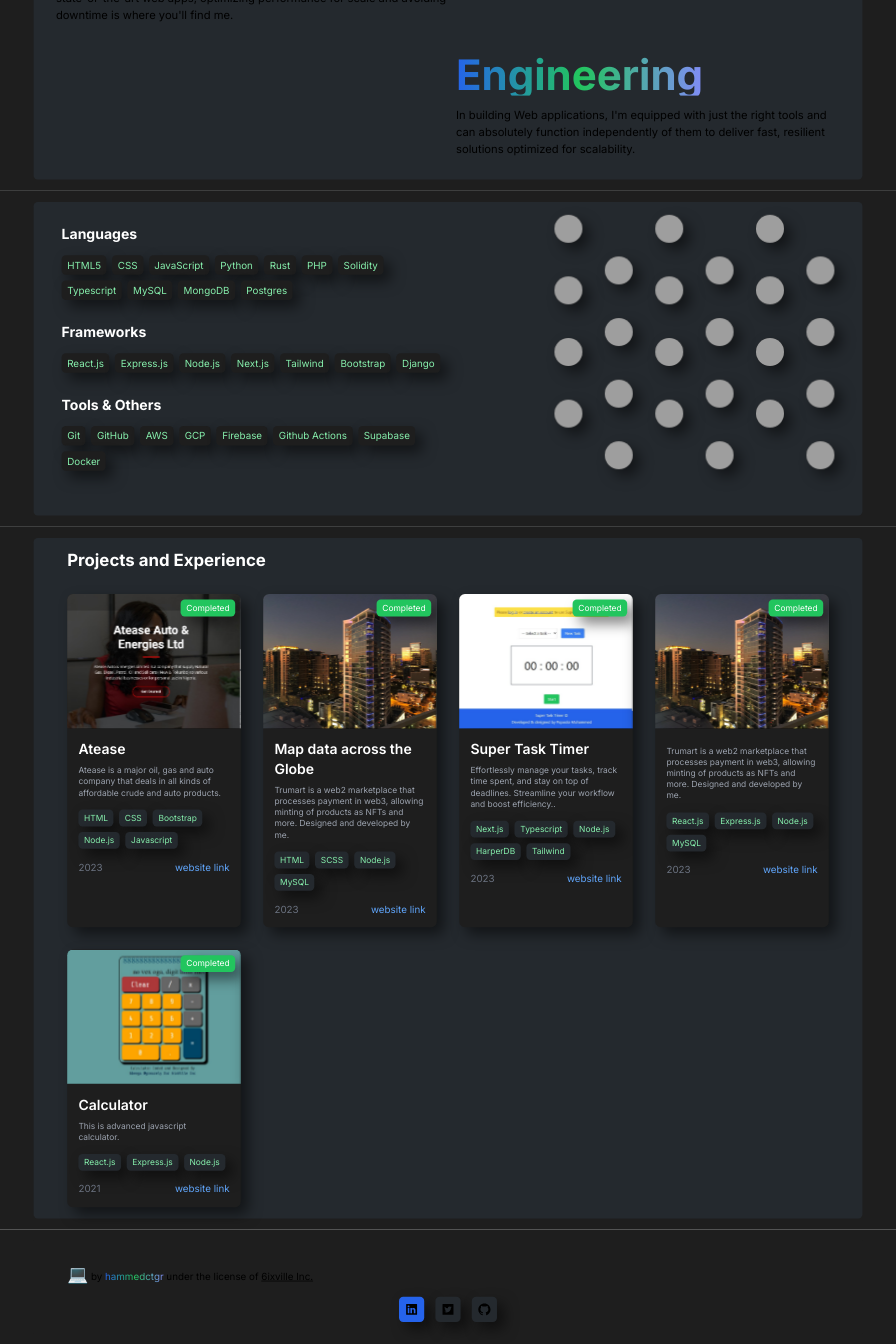
Repository: muhammedctgr/hammedctgr
Page: /
An editor plug-in stored every save of this project. The page is shown before and after a run of saves, followed by the edit.
The browser window is 1280 px wide. The pictures show the part of the page from y = 772 to 2692 px (the page is 2692 px tall before and 2660 px after), at 70% of full size.
Pictures or frames that could not be fetched are drawn as grey boxes. The project was rebuilt for these pictures with package versions that can differ from the ones it lists, and the page was loaded fresh each time. The framework's server and built-in components were replaced by stand-ins that run in the browser. Also part of the build but not shown: next.config.mjs.

Above is the page before, as saved 2024-08-17 20:00:10.

### app/layout.tsx
import type { Metadata } from "next";
import { Inter } from "next/font/google";
import "./globals.css";

const inter = Inter({ subsets: ["latin"] });

export const metadata: Metadata = {
  title: "Popoola Muhammed",
  description: "Generated by create next app",
};

export default function RootLayout({
  children,
}: Readonly<{
  children: React.ReactNode;
}>) {
  return (
    <html lang="en">
      <body className={inter.className}>{children}</body>
    </html>
  );
}

### app/page.tsx
import Head from 'next/head';
import Hero from '../components/Hero';
import SkillsSection from '@/components/SkillsSection';
import SummarySection from '@/components/SummarySection';
import ProjectsSection from '@/components/ProjectsSection';
import Footer from '@/components/Footer';

const Home = () => (
  <div>
    <Head>
      <title>Popoola Muhammed | Fullstack Dev</title>
      <meta name="description" content="Welcome to my developer portfolio" />
    </Head>

    <Hero />
    <SummarySection />
    <SkillsSection />
    <ProjectsSection />
    <Footer />
  </div>
);

export default Home;

### app/globals.css
@tailwind base;
@tailwind components;
@tailwind utilities;

:root {
  --foreground-rgb: 0, 0, 0;
  --background-start-rgb: 214, 219, 220;
  --background-end-rgb: 255, 255, 255;
}

@media (prefers-color-scheme: dark) {
  :root {
    --foreground-rgb: 255, 255, 255;
    --background-start-rgb: 0, 0, 0;
    --background-end-rgb: 0, 0, 0;
  }
}

body {
  color: rgb(var(--foreground-rgb));
  background: linear-gradient(
      to bottom,
      transparent,
      rgb(var(--background-end-rgb))
    )
    rgb(var(--background-start-rgb));
}

@layer utilities {
  .text-balance {
    text-wrap: balance;
  }
}


@keyframes upDown {
  0%, 100% {
    transform: translateY(0);
  }
  50% {
    transform: translateY(-10px); /* Adjust the value as needed */
  }
}

.animate-upDown {
  animation: upDown 2s infinite ease-in-out; /* Adjust duration as needed */
}


@keyframes scroll-medium {
  0% {
    transform: translateY(-100%);
  }
  100% {
    transform: translateY(100%);
  }
}

@keyframes scroll-fast {
  0% {
    transform: translateY(-100%);
  }
  100% {
    transform: translateY(30vh);
  }
}

@keyframes scroll-upfast {
  0% {
    transform: translateY(100%);
  }
  100% {
    transform: translateY(-30vh);
  }
}

.animate-scroll-upfast {
  animation: scroll-upfast 2s linear infinite;
}

.animate-scroll-fast {
  animation: scroll-fast 2s linear infinite;
}

.animate-scroll-medium {
  animation: scroll-medium 6s linear infinite;
}

.animate-scroll-delay {
  animation-delay: 2s;
}

.animate-scroll-delay-long {
  animation-delay: 4s;
}

.animate-scroll {
  animation: scroll 10s linear infinite;
}

.neumorph {
  border-radius: 5px;
  background: linear-gradient(145deg, #161414, #1a1818);
  box-shadow:  5px 5px 10px #111010,
               -5px -5px 10px #1f1c1c;
}

@keyframes slide {
  0% { transform: translateX(0); }
  100% { transform: translateX(-100%); }
}

.infinite-scroll {
  display: flex;
  animation: slide 2s ease-in-out infinite;
}

.infinite-scroll img {
  min-width: 100%;
}

### components/Hero.tsx
import Image from 'next/image';
import profilePic from '../public/profile.png';
import { AiFillLinkedin, AiFillGithub, AiFillTwitterSquare, AiFillX } from 'react-icons/ai';

const Hero = () => {
  return (
    <section className="bg-gptGray px-4 py-4 md:pt-8 md:px-8 lg:px-12 text-white flex items-center">
  <div className="container bg-githubGray shadow-lg rounded-md mx-auto flex flex-col md:flex-row md:px-2 relative overflow-hidden">
    <div className="flex-1 text-left p-4 md:p-8">
      <div className="inline-block bg-blue-600 text-black py-1 px-3 mb-4 rounded-md">
        Hi, I’m
      </div>
      <div className="mb-6">
        <h1 className="text-xl md:text-3xl font-bold">Popoola Muhammed</h1>
        <p className="mt-2 text-lg md:text-xl">Full-Stack Developer, I build and manage</p>
      </div>
      <ul className="mt-4 list-disc list-inside text-xs md:text-base">
        <li>Highly Optimized and Responsive <span className="text-blue-600">FRONT-END</span></li>
        <li>Secure and Scalable <span className="text-blue-600">BACK-END & DATABASE</span></li>
        <li><span className="text-blue-600">IT</span> Infrastructure</li>
      </ul>
      <div className="mt-6">
        <a href="#contact" className="underline">Let’s Connect</a>
        <div className="mt-2 flex justify-start space-x-4">
          <a href="#" className="bg-blue-600 p-2 rounded-md shadow-deep-all transform transition-transform duration-300 hover:scale-110">
            <AiFillLinkedin size={20} />
          </a>
          <a href="#" className="bg-githubGray p-2 rounded-md shadow-deep-all transform transition-transform duration-300 hover:scale-110">
            <AiFillTwitterSquare size={20} />
          </a>
          <a href="#" className="bg-githubGray p-2 rounded-md shadow-deep-all transform transition-transform duration-300 hover:scale-110">
            <AiFillGithub size={20} />
          </a>
        </div>
      </div>
    </div>
    <div className="relative flex-1 p-4 md:p-8">
      <img src="https://cdn.jsdelivr.net/gh/devicons/devicon@latest/icons/python/python-original.svg" className="right-4 w-8 h-8 md:w-16 md:h-16 lg:w-16 lg:h-16 bg-gptGray rounded-md animate-bounce shadow-deep-all" />
      <div className="relative w-40 h-40 md:w-72 md:h-72 lg:w-96 lg:h-96 mx-auto">
        <Image src={profilePic} alt="Popoola Muhammed" layout="fill" className="rounded-full object-cover animate-upDown" />
      </div>
      <img src="https://cdn.jsdelivr.net/gh/devicons/devicon@latest/icons/rust/rust-original.svg"  className="w-8 h-8 md:w-16 md:h-16 lg:w-16 lg:h-16 bg-gptGray rounded-3xl shadow-deep-all animate-bounce absolute top-8 right-4" />
      <img src="https://cdn.jsdelivr.net/gh/devicons/devicon@latest/icons/javascript/javascript-original.svg" className="w-8 h-8 md:w-12 md:h-12 lg:w-12 lg:h-12 bg-gptGray rounded-md animate-bounce shadow-deep-all" />
    </div>
    <img src="https://cdn.jsdelivr.net/gh/devicons/devicon@latest/icons/nextjs/nextjs-original.svg" className="w-8 h-8 md:w-12 md:h-12 lg:w-12 lg:h-12 bg-gptGray rounded-3xl shadow-deep-all animate-bounce absolute bottom-4 right-36" />
  </div>
</section>
  );
};

export default Hero;

### components/SkillsSection.tsx
import Image from 'next/image';
import { FC } from 'react';

interface SkillCategory {
  title: string;
  skills: { name: string; }[];
}

const skills: SkillCategory[] = [
  {
    title: "Languages",
    skills: [
      { name: "HTML5",  },
      { name: "CSS", },
      { name: "JavaScript",  },
      { name: "Python", },
      { name: "Rust",  },
      { name: "PHP", },
      { name: "Solidity",  },
      { name: "Typescript",  },
      { name: "MySQL",  },
      { name: "MongoDB", },
      { name: "Postgres", },
    ],
  },
  {
    title: "Frameworks",
    skills: [
      { name: "React.js", },
      { name: "Express.js",  },
      { name: "Node.js", },
      { name: "Next.js", },
      { name: "Tailwind", },
      { name: "Bootstrap", },
      { name: "Django", }
    ],
  },
  {
    title: "Tools & Others",
    skills: [
      { name: "Git",  },
      { name: "GitHub",  },
      { name: "AWS", },
      { name: "GCP", },
      { name: "Firebase", },
      { name: "Github Actions", },
      { name: "Supabase",  },
      { name: "Docker",  },
    ],
  },
];

const icons = [
  "/icons/html5.svg", // Replace with your icon paths
  "/icons/css3.svg",
  "/icons/javascript.svg",
  "/icons/python.svg",
  // Add the rest of the icons as needed
];

const SkillsSection: FC = () => {
  return (
  <section className="px-4 py-4 md:px-8 lg:px-12 bg-gptGray text-white w-full h-full">
  <div className="container bg-githubGray rounded-md mx-auto flex flex-col md:flex-row items-start md:px-2">
    <div className="flex-1 p-4 md:p-8">
      {skills.map((category) => (
        <div key={category.title} className="mb-8">
          <h2 className="text-lg md:text-xl font-bold mb-4 ">{category.title}</h2>
          <div className="flex flex-wrap gap-2">
            {category.skills.map((skill) => (
              <span
                key={skill.name}
                className={`px-2 py-1 rounded-md text-sm shadow-deep-all bg-gptGray text-green-300`}
              >
                {skill.name}
              </span>
            ))}
          </div>
        </div>
      ))}
    </div>
    <div className="flex-1 flex flex-col items-center md:items-end overflow-hidden md:pb-8">
      <div className="grid grid-cols-6 md:grid-cols-6 gap-8 p-4 md:p-8">
      <img src="https://cdn.jsdelivr.net/gh/devicons/devicon@latest/icons/html5/html5-original.svg" className="w-10 h-10 md:w-10 md:h-10 lg:w-10 lg:h-10 bg-gptGray rounded-3xl shadow-deep-all mt-4 animate-scroll-fast" />
      <img src="https://cdn.jsdelivr.net/gh/devicons/devicon@latest/icons/css3/css3-original.svg" className="w-10 h-10 md:w-10 md:h-10 lg:w-10 lg:h-10 bg-gptGray rounded-3xl shadow-deep-all mt-4 animate-scroll-upfast" />
      <img src="https://cdn.jsdelivr.net/gh/devicons/devicon@latest/icons/javascript/javascript-original.svg" className="w-10 h-10 md:w-10 md:h-10 lg:w-10 lg:h-10 bg-gptGray rounded-3xl shadow-deep-all mt-4 animate-scroll-fast" />
      <img src="https://cdn.jsdelivr.net/gh/devicons/devicon@latest/icons/python/python-original.svg" className="w-10 h-10 md:w-10 md:h-10 lg:w-10 lg:h-10 bg-gptGray rounded-3xl shadow-deep-all mt-4 animate-scroll-upfast" />
      <img src="https://cdn.jsdelivr.net/gh/devicons/devicon@latest/icons/rust/rust-original.svg"  className="w-10 h-10 md:w-10 md:h-10 lg:w-10 lg:h-10 bg-gptGray rounded-3xl shadow-deep-all mt-4 animate-scroll-fast" />
      <img src="https://cdn.jsdelivr.net/gh/devicons/devicon@latest/icons/php/php-original.svg" className="w-10 h-10 md:w-10 md:h-10 lg:w-10 lg:h-10 bg-gptGray rounded-3xl shadow-deep-all mt-4 animate-scroll-upfast"  />
      <img src="https://cdn.jsdelivr.net/gh/devicons/devicon@latest/icons/solidity/solidity-original.svg" className="w-10 h-10 md:w-10 md:h-10 lg:w-10 lg:h-10 bg-gptGray rounded-3xl shadow-deep-all mt-4 animate-scroll-fast" />
      <img src="https://cdn.jsdelivr.net/gh/devicons/devicon@latest/icons/typescript/typescript-original.svg" className="w-10 h-10 md:w-10 md:h-10 lg:w-10 lg:h-10 bg-gptGray rounded-3xl shadow-deep-all mt-4 animate-scroll-upfast" />
      <img src="https://cdn.jsdelivr.net/gh/devicons/devicon@latest/icons/mysql/mysql-original.svg" className="w-10 h-10 md:w-10 md:h-10 lg:w-10 lg:h-10 bg-gptGray rounded-3xl shadow-deep-all mt-4 animate-scroll-fast" />
      <img src="https://cdn.jsdelivr.net/gh/devicons/devicon@latest/icons/mongodb/mongodb-original.svg" className="w-10 h-10 md:w-10 md:h-10 lg:w-10 lg:h-10 bg-gptGray rounded-3xl shadow-deep-all mt-4 animate-scroll-upfast" />
      <img src="https://cdn.jsdelivr.net/gh/devicons/devicon@latest/icons/react/react-original.svg" className="w-10 h-10 md:w-10 md:h-10 lg:w-10 lg:h-10 bg-gptGray rounded-3xl shadow-deep-all mt-4 animate-scroll-fast" />
      <img src="https://cdn.jsdelivr.net/gh/devicons/devicon@latest/icons/nextjs/nextjs-original.svg" className="w-10 h-10 md:w-10 md:h-10 lg:w-10 lg:h-10 bg-gptGray rounded-3xl shadow-deep-all mt-4 animate-scroll-upfast" />
      <img src="https://cdn.jsdelivr.net/gh/devicons/devicon@latest/icons/tailwindcss/tailwindcss-original.svg" className="w-10 h-10 md:w-10 md:h-10 lg:w-10 lg:h-10 bg-gptGray rounded-3xl shadow-deep-all mt-4 animate-scroll-fast" />
      <img src="https://cdn.jsdelivr.net/gh/devicons/devicon@latest/icons/git/git-original.svg" className="w-10 h-10 md:w-10 md:h-10 lg:w-10 lg:h-10 bg-gptGray rounded-3xl shadow-deep-all mt-4 animate-scroll-upfast" />
      <img src="https://cdn.jsdelivr.net/gh/devicons/devicon@latest/icons/github/github-original.svg" className="w-10 h-10 md:w-10 md:h-10 lg:w-10 lg:h-10 bg-gptGray rounded-3xl shadow-deep-all mt-4 animate-scroll-fast" />
      <img src="https://cdn.jsdelivr.net/gh/devicons/devicon@latest/icons/amazonwebservices/amazonwebservices-original-wordmark.svg" className="w-10 h-10 md:w-10 md:h-10 lg:w-10 lg:h-10 bg-gptGray rounded-3xl shadow-deep-all mt-4 animate-scroll-upfast" />
      <img src="https://cdn.jsdelivr.net/gh/devicons/devicon@latest/icons/googlecloud/googlecloud-original.svg" className="w-10 h-10 md:w-10 md:h-10 lg:w-10 lg:h-10 bg-gptGray rounded-3xl shadow-deep-all mt-4 animate-scroll-fast" />
      <img src="https://cdn.jsdelivr.net/gh/devicons/devicon@latest/icons/postgresql/postgresql-original.svg" className="w-10 h-10 md:w-10 md:h-10 lg:w-10 lg:h-10 bg-gptGray rounded-3xl shadow-deep-all mt-4 animate-scroll-upfast" />
      <img src="https://cdn.jsdelivr.net/gh/devicons/devicon@latest/icons/supabase/supabase-original.svg" className="w-10 h-10 md:w-10 md:h-10 lg:w-10 lg:h-10 bg-gptGray rounded-3xl shadow-deep-all mt-4 animate-scroll-fast" />
      <img src="https://cdn.jsdelivr.net/gh/devicons/devicon@latest/icons/docker/docker-original.svg" className="w-10 h-10 md:w-10 md:h-10 lg:w-10 lg:h-10 bg-gptGray rounded-3xl shadow-deep-all mt-4 animate-scroll-upfast" />
      <img src="https://cdn.jsdelivr.net/gh/devicons/devicon@latest/icons/django/django-plain.svg" className="w-10 h-10 md:w-10 md:h-10 lg:w-10 lg:h-10 bg-gptGray rounded-3xl shadow-deep-all mt-4 animate-scroll-fast" />
      <img src="https://cdn.jsdelivr.net/gh/devicons/devicon@latest/icons/bootstrap/bootstrap-original.svg" className="w-10 h-10 md:w-10 md:h-10 lg:w-10 lg:h-10 bg-gptGray rounded-3xl shadow-deep-all mt-4 animate-scroll-upfast" />
      <img src="https://cdn.jsdelivr.net/gh/devicons/devicon@latest/icons/nodejs/nodejs-original.svg" className="w-10 h-10 md:w-10 md:h-10 lg:w-10 lg:h-10 bg-gptGray rounded-3xl shadow-deep-all mt-4 animate-scroll-fast" />
      <img src="https://cdn.jsdelivr.net/gh/devicons/devicon@latest/icons/githubactions/githubactions-original.svg" className="w-10 h-10 md:w-10 md:h-10 lg:w-10 lg:h-10 bg-gptGray rounded-3xl shadow-deep-all mt-4 animate-scroll-upfast" />
      </div>
    </div>
  </div>
</section>
  );
};

export default SkillsSection;

### components/SummarySection.tsx
import { FC } from 'react';

const SummarySection: FC = () => {
  return (
<section className="px-4 py-4 md:px-8 lg:px-12 bg-gptGray relative overflow-hidden">
  <div className="container bg-githubGray mx-auto flex rounded-md flex-col md:flex-row justify-between items-start md:px-8 p-4 md:p-8">
    <div className=" mb-8 md:mb-8">
      <div className="mb-4">
        <span className="text-4xl md:text-6xl font-bold bg-gradient-to-r from-blue-600 via-green-500 to-indigo-400 inline-block text-transparent bg-clip-text">Software</span>
      </div>
      <p className="text-sm md:text-base">
        I'm probably not the typical dev stationed behind a computer, but building state-of-the-art web apps, optimizing performance for scale and avoiding downtime is where you'll find me.
      </p>
    </div>
    <div className=" md:mt-48">
      <div className="mb-4">
        <span className="text-4xl md:text-6xl font-bold bg-gradient-to-r from-blue-600 via-green-500 to-indigo-400 inline-block text-transparent bg-clip-text">Engineering</span>
      </div>
      <p className="text-sm md:text-base">
        In building Web applications, I'm equipped with just the right tools and can absolutely function independently of them to deliver fast, resilient solutions optimized for scalability.
      </p>
    </div>
  </div>
</section>
  );
};

export default SummarySection;

### components/ProjectsSection.tsx
import { FC } from 'react';

interface Project {
  title: string;
  description: string;
  technologies: string[];
  date: string;
  status: string;
  images: string[];
  link: string;
}

const projects: Project[] = [
  {
    title: "Atease",
    description: "Atease is a major oil, gas and auto company that deals in all kinds of affordable crude and auto products.",
    technologies: ["HTML", "CSS", "Bootstrap", "Node.js", "Javascript"],
    date: "2023",
    status: "Completed",
    images: ["at1.jpg", "at2.jpg", "at3.jpg",],
    link: "https://ateasegroup.com",
  },
  {
    title: "Map data across the Globe",
    description: "Trumart is a web2 marketplace that processes payment in web3, allowing minting of products as NFTs and more. Designed and developed by me.",
    technologies: ["HTML", "SCSS", "Node.js", "MySQL"],
    date: "2023",
    status: "Completed",
    images: ["pic1.jpg", "pic1.jpg", "pic1.jpg"],
    link: "https://example.com",
  },
  {
    title: "Super Task Timer",
    description: "Effortlessly manage your tasks, track time spent, and stay on top of deadlines. Streamline your workflow and boost efficiency..",
    technologies: ["Next.js", "Typescript", "Node.js", "HarperDB", "Tailwind"],
    date: "2023",
    status: "Completed",
    images: ["sp1.jpg", "sp2.jpg",],
    link: "https://super-task-timer-5o5i.vercel.app/",
  },
  {
    title: "",
    description: "Trumart is a web2 marketplace that processes payment in web3, allowing minting of products as NFTs and more. Designed and developed by me.",
    technologies: ["React.js", "Express.js", "Node.js", "MySQL"],
    date: "2023",
    status: "Completed",
    images: ["pic1.jpg", "pic1.jpg",],
    link: "https://example.com",
  },
  {
    title: "Calculator",
    description: "This is advanced javascript calculator.",
    technologies: ["React.js", "Express.js", "Node.js",],
    date: "2021",
    status: "Completed",
    images: ["calc2.jpg", "calc1.jpg", "at1.jpg",],
    link: "https://codepen.io/6ix-ville/full/zYEOQex",
  },
  // Add more projects as needed...
];

const ProjectsSection: FC = () => {
  return (
    <section className="bg-gptGray md:px-8 px-4 py-4 lg:px-12">
      <div className="container bg-githubGray rounded-md mx-auto md:px-8">
        <h2 className="text-2xl font-bold text-white p-4">Projects and Experience</h2>
        <div className="grid grid-cols-1 sm:grid-cols-3 lg:grid-cols-4 gap-8 p-4">
          {projects.map((project, index) => (
            <div key={index} className="bg-gptGray rounded-lg overflow-hidden shadow-deep-all transform transition-transform duration-300 hover:scale-105 ">
              <div className="relative w-full h-48 overflow-hidden">
                <div className="absolute inset-0 flex animate-slide infinite-scroll">
                  {project.images.map((image, i) => (
                    <img key={i} src={image} alt={`${project.title} image ${i + 2}`} className="w-full h-full object-cover shadow-deep-all" />
                  ))}
                </div>
                <span className="shadow-deep-all absolute top-2 right-2 bg-green-500 text-xs text-white px-2 py-1 rounded-md">{project.status}</span>
              </div>
              <div className="p-4">
                <h3 className="text-xl font-semibold text-white mb-2">{project.title}</h3>
                <p className="text-gray-400 text-xs mb-4">{project.description}</p>
                <div className="flex flex-wrap gap-2 mb-4">
                  {project.technologies.map((tech, i) => (
                    <span key={i} className="bg-githubGray shadow-deep-all text-green-300 text-xs px-2 py-1 rounded-md">{tech}</span>
                  ))}
                </div>
                <div className="flex justify-between items-center">
                  <span className="text-gray-500 text-sm">{project.date}</span>
                  <a href={project.link} target="_blank" rel="noopener noreferrer" className="text-blue-400 hover:underline text-sm">website link</a>
                </div>
              </div>
            </div>
          ))}
        </div>
      </div>
    </section>
  );
};

export default ProjectsSection;

### components/Footer.tsx
import { AiFillLinkedin, AiFillGithub, AiFillTwitterSquare, AiFillX } from 'react-icons/ai';

const Footer = () => {
    return (
        <div className="bg-gptGray px-4 py-4 md:pt-4 md:px-4 lg:px-12">
            <div className='bg-gptGray px-4 py-4 md:pt-8 md:px-12 text-sm'>
                <p>
                <span className='text-2xl'>&#128187;</span> by <span className='bg-gradient-to-r from-blue-600 via-green-500 to-indigo-400 inline-block text-transparent bg-clip-text'>hammedctgr</span> under the license of <a href="https://6ixville.github.io/" target="_blank" rel="noopener noreferrer" className='underline'>6ixville Inc.</a>
                </p>
                <div className="">
                    <div className="flex justify-center space-x-4 mt-4">
                        <a href="#" className="bg-blue-600 p-2 rounded-md shadow-deep-all transform transition-transform duration-300 hover:scale-110">
                            <AiFillLinkedin size={20} />
                        </a>
                        <a href="#" className="bg-githubGray p-2 rounded-md shadow-deep-all transform transition-transform duration-300 hover:scale-110">
                            <AiFillTwitterSquare size={20} />
                        </a>
                        <a href="#" className="bg-githubGray p-2 rounded-md shadow-deep-all transform transition-transform duration-300 hover:scale-110">
                            <AiFillGithub size={20} />
                        </a>
                    </div>
                </div>
            </div>
       </div>
     );
}

export default Footer;

### tailwind.config.ts
import type { Config } from "tailwindcss";

const config: Config = {
  content: [
    "./pages/**/*.{js,ts,jsx,tsx,mdx}",
    "./components/**/*.{js,ts,jsx,tsx,mdx}",
    "./app/**/*.{js,ts,jsx,tsx,mdx}",
  ],
  theme: {
    extend: {
      backgroundImage: {
        "gradient-radial": "radial-gradient(var(--tw-gradient-stops))",
        "gradient-conic":
          "conic-gradient(from 180deg at 50% 50%, var(--tw-gradient-stops))",
      },
      colors: {
        githubGray: '#24292e',
        gptGray: '#1e1e1e', // Define the exact color
        gradient: 'bg-gradient-to-r from-blue-600 via-green-500 to-indigo-400 inline-block text-transparent bg-clip-text'
      },
      boxShadow: {
        'deep-right': '10px 10px 20px rgba(0, 0, 0, 0.25)',  // Right side shadow
        'deep-left': '-10px 10px 20px rgba(0, 0, 0, 0.25)',  // Left side shadow
        'deep-top': '10px -10px 20px rgba(0, 0, 0, 0.25)',   // Top side shadow
        'deep-bottom': '10px 10px 20px rgba(0, 0, 0, 0.25)', // Bottom side shadow
        'deep-all': '10px 10px 20px rgba(0, 0, 0, 0.5)',     // All sides shadow
      }
    },
  },
  plugins: [],
};
export default config;

After the next 2 saves:
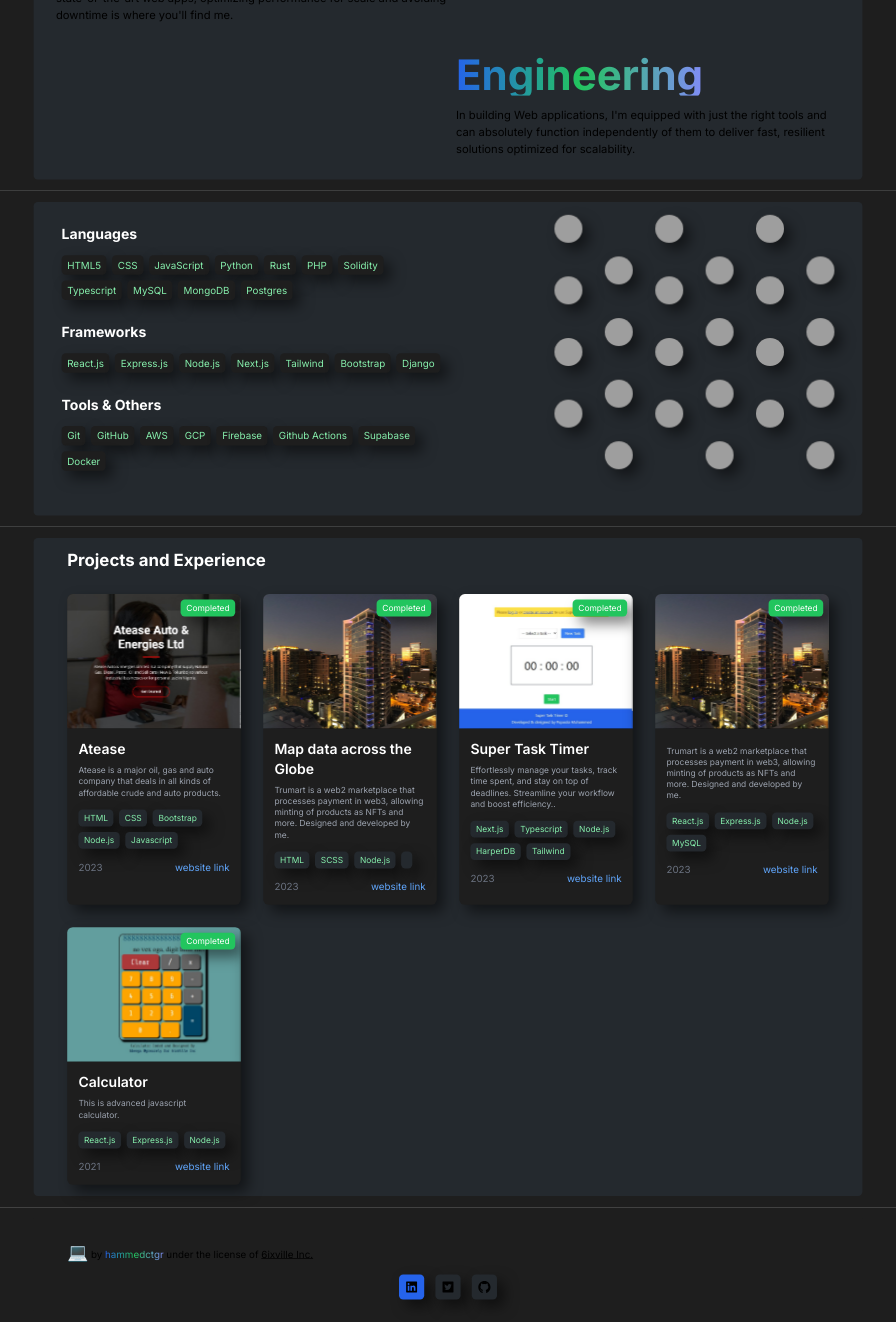
The 2 saves are shown as one change because they came seconds apart.
The last was saved 8 s later.
--- a/components/ProjectsSection.tsx
+++ b/components/ProjectsSection.tsx
@@ -23,7 +23,7 @@ const projects: Project[] = [
   {
     title: "Map data across the Globe",
     description: "Trumart is a web2 marketplace that processes payment in web3, allowing minting of products as NFTs and more. Designed and developed by me.",
-    technologies: ["HTML", "SCSS", "Node.js", "MySQL"],
+    technologies: ["HTML", "SCSS", "Node.js", ""],
     date: "2023",
     status: "Completed",
     images: ["pic1.jpg", "pic1.jpg", "pic1.jpg"],
